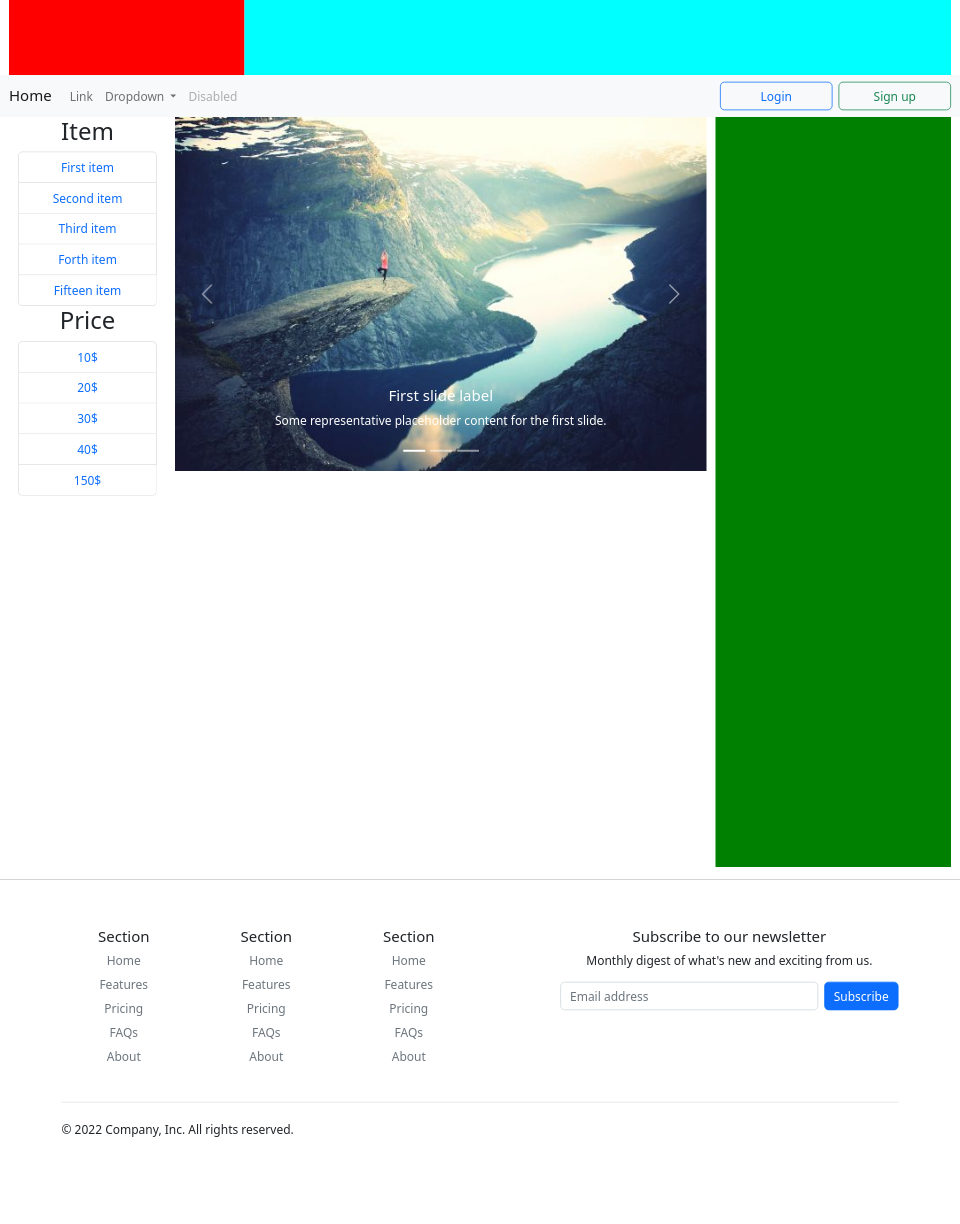
Repository: nguyenhung50497/MD2_bootstrap
Page: BT_giaoDienWeb/index.html
These files come from the project's save history. The page is drawn as it stood at one moment and after a run of saves; the edit follows.
The browser window is 1280 px wide. The pictures show the whole page, at 75% of full size.

Above is the page before, as saved 2022-11-30 15:50:59.

### BT_giaoDienWeb/index.html
<!DOCTYPE html>
<html lang="en">
<head>
    <meta charset="UTF-8">
    <meta http-equiv="X-UA-Compatible" content="IE=edge">
    <meta name="viewport" content="width=device-width, initial-scale=1.0">
    <link href="https://cdn.jsdelivr.net/npm/bootstrap@5.2.3/dist/css/bootstrap.min.css" rel="stylesheet" integrity="sha384-rbsA2VBKQhggwzxH7pPCaAqO46MgnOM80zW1RWuH61DGLwZJEdK2Kadq2F9CUG65" crossorigin="anonymous">
    <script src="https://cdn.jsdelivr.net/npm/bootstrap@5.2.3/dist/js/bootstrap.bundle.min.js" integrity="sha384-kenU1KFdBIe4zVF0s0G1M5b4hcpxyD9F7jL+jjXkk+Q2h455rYXK/7HAuoJl+0I4" crossorigin="anonymous"></script>
    <title>Document</title>
</head>
<style>
    .logo {
        background-color: red;
        height: 100px;
    }
    .anhBia {
        background-color: aqua;
        height: 100px;
    }
    .right {
        background-color: green;
        height: 1000px;
    }
    a {
        text-decoration: none;
    }
    .contentImg {
        padding: 10px;
        margin-left: -55px;
    }
    .contentImg > div > a > img {
        margin: 10px 10px;
        height: 195px;
    }
</style>
<body>
<center>
    <div>
    <header class="container-fluid row">
        <div class="col-lg-3 logo">
            <img src="" alt="">
        </div>
        <div class="col-lg-9 anhBia">
            <img src="" alt="">
        </div>
    </header>
    <nav class="navbar navbar-expand-lg bg-light">
        <div class="container-fluid">
          <a class="navbar-brand" href="#">Home</a>
          <button class="navbar-toggler" type="button" data-bs-toggle="collapse" data-bs-target="#navbarSupportedContent" aria-controls="navbarSupportedContent" aria-expanded="false" aria-label="Toggle navigation">
            <span class="navbar-toggler-icon"></span>
          </button>
          <div class="collapse navbar-collapse" id="navbarSupportedContent">
            <ul class="navbar-nav me-auto mb-2 mb-lg-0">
              <li class="nav-item">
                <a class="nav-link" href="#">Link</a>
              </li>
              <li class="nav-item dropdown">
                <a class="nav-link dropdown-toggle" href="#" role="button" data-bs-toggle="dropdown" aria-expanded="false">
                  Dropdown
                </a>
                <ul class="dropdown-menu">
                  <li><a class="dropdown-item" href="#">Action</a></li>
                  <li><a class="dropdown-item" href="#">Another action</a></li>
                  <li><hr class="dropdown-divider"></li>
                  <li><a class="dropdown-item" href="#">Something else here</a></li>
                </ul>
              </li>
              <li class="nav-item">
                <a class="nav-link disabled">Disabled</a>
              </li>
            </ul>
            <form class="d-flex" role="search">
              <button class="form-control me-2 btn btn-outline-primary" style="width: 150px;">Login</button>
              <button class="btn btn-outline-success" type="submit" style="width: 150px;">Sign up</button>
            </form>
          </div>
        </div>
      </nav>
    <div class="container-fluid row">
        <aside class="col-lg-2 left">
            <h2>Item</h2>
            <ul class="list-group">
                <li class="list-group-item"><a href="">First item</a></li>
                <li class="list-group-item"><a href="">Second item</a></li>
                <li class="list-group-item"><a href="">Third item</a></li>
                <li class="list-group-item"><a href="">Forth item</a></li>
                <li class="list-group-item"><a href="">Fifteen item</a></li>
            </ul>
            <h2>Price</h2>
            <ul class="list-group">
                <li class="list-group-item"><a href="">10$</a></li>
                <li class="list-group-item"><a href="">20$</a></li>
                <li class="list-group-item"><a href="">30$</a></li>
                <li class="list-group-item"><a href="">40$</a></li>
                <li class="list-group-item"><a href="">150$</a></li>
            </ul>
        </aside>
        <section class="col-lg-7 content">
            <div class="row">
            <div id="carouselExampleCaptions" class="carousel slide col-lg-12" data-bs-ride="false">
                <div class="carousel-indicators">
                  <button type="button" data-bs-target="#carouselExampleCaptions" data-bs-slide-to="0" class="active" aria-current="true" aria-label="Slide 1"></button>
                  <button type="button" data-bs-target="#carouselExampleCaptions" data-bs-slide-to="1" aria-label="Slide 2"></button>
                  <button type="button" data-bs-target="#carouselExampleCaptions" data-bs-slide-to="2" aria-label="Slide 3"></button>
                </div>
                <div class="carousel-inner">
                  <div class="carousel-item active">
                    <img src="anh1.jpg" class="d-block w-100" alt="Anh 1">
                    <div class="carousel-caption d-none d-md-block">
                      <h5>First slide label</h5>
                      <p>Some representative placeholder content for the first slide.</p>
                    </div>
                  </div>
                  <div class="carousel-item">
                    <img src="anh2.jpg" class="d-block w-100" alt="Anh 2">
                    <div class="carousel-caption d-none d-md-block">
                      <h5>Second slide label</h5>
                      <p>Some representative placeholder content for the second slide.</p>
                    </div>
                  </div>
                  <div class="carousel-item">
                    <img src="anh3.jpg" class="d-block w-100" alt="Anh 3">
                    <div class="carousel-caption d-none d-md-block">
                      <h5>Third slide label</h5>
                      <p>Some representative placeholder content for the third slide.</p>
                    </div>
                  </div>
                </div>
                <button class="carousel-control-prev" type="button" data-bs-target="#carouselExampleCaptions" data-bs-slide="prev">
                  <span class="carousel-control-prev-icon" aria-hidden="true"></span>
                  <span class="visually-hidden">Previous</span>
                </button>
                <button class="carousel-control-next" type="button" data-bs-target="#carouselExampleCaptions" data-bs-slide="next">
                  <span class="carousel-control-next-icon" aria-hidden="true"></span>
                  <span class="visually-hidden">Next</span>
                </button>
            </div>

            </div>
        </section>
        <aside class="col-lg-3 right"></aside>
    </div>
    <hr>
    <div class="container">
        <footer class="py-5">
          <div class="row">
            <div class="col-6 col-md-2 mb-3">
              <h5>Section</h5>
              <ul class="nav flex-column">
                <li class="nav-item mb-2"><a href="#" class="nav-link p-0 text-muted">Home</a></li>
                <li class="nav-item mb-2"><a href="#" class="nav-link p-0 text-muted">Features</a></li>
                <li class="nav-item mb-2"><a href="#" class="nav-link p-0 text-muted">Pricing</a></li>
                <li class="nav-item mb-2"><a href="#" class="nav-link p-0 text-muted">FAQs</a></li>
                <li class="nav-item mb-2"><a href="#" class="nav-link p-0 text-muted">About</a></li>
              </ul>
            </div>

            <div class="col-6 col-md-2 mb-3">
              <h5>Section</h5>
              <ul class="nav flex-column">
                <li class="nav-item mb-2"><a href="#" class="nav-link p-0 text-muted">Home</a></li>
                <li class="nav-item mb-2"><a href="#" class="nav-link p-0 text-muted">Features</a></li>
                <li class="nav-item mb-2"><a href="#" class="nav-link p-0 text-muted">Pricing</a></li>
                <li class="nav-item mb-2"><a href="#" class="nav-link p-0 text-muted">FAQs</a></li>
                <li class="nav-item mb-2"><a href="#" class="nav-link p-0 text-muted">About</a></li>
              </ul>
            </div>

            <div class="col-6 col-md-2 mb-3">
              <h5>Section</h5>
              <ul class="nav flex-column">
                <li class="nav-item mb-2"><a href="#" class="nav-link p-0 text-muted">Home</a></li>
                <li class="nav-item mb-2"><a href="#" class="nav-link p-0 text-muted">Features</a></li>
                <li class="nav-item mb-2"><a href="#" class="nav-link p-0 text-muted">Pricing</a></li>
                <li class="nav-item mb-2"><a href="#" class="nav-link p-0 text-muted">FAQs</a></li>
                <li class="nav-item mb-2"><a href="#" class="nav-link p-0 text-muted">About</a></li>
              </ul>
            </div>

            <div class="col-md-5 offset-md-1 mb-3">
              <form>
                <h5>Subscribe to our newsletter</h5>
                <p>Monthly digest of what's new and exciting from us.</p>
                <div class="d-flex flex-column flex-sm-row w-100 gap-2">
                  <label for="newsletter1" class="visually-hidden">Email address</label>
                  <input id="newsletter1" type="text" class="form-control" placeholder="Email address">
                  <button class="btn btn-primary" type="button">Subscribe</button>
                </div>
              </form>
            </div>
          </div>

          <div class="d-flex flex-column flex-sm-row justify-content-between py-4 my-4 border-top">
            <p>&copy; 2022 Company, Inc. All rights reserved.</p>
            <ul class="list-unstyled d-flex">
              <li class="ms-3"><a class="link-dark" href="#"><svg class="bi" width="24" height="24"><use xlink:href="#twitter"/></svg></a></li>
              <li class="ms-3"><a class="link-dark" href="#"><svg class="bi" width="24" height="24"><use xlink:href="#instagram"/></svg></a></li>
              <li class="ms-3"><a class="link-dark" href="#"><svg class="bi" width="24" height="24"><use xlink:href="#facebook"/></svg></a></li>
            </ul>
          </div>
        </footer>
      </div>
    </div>
</center>
</body>
</html>

After the next 6 saves:
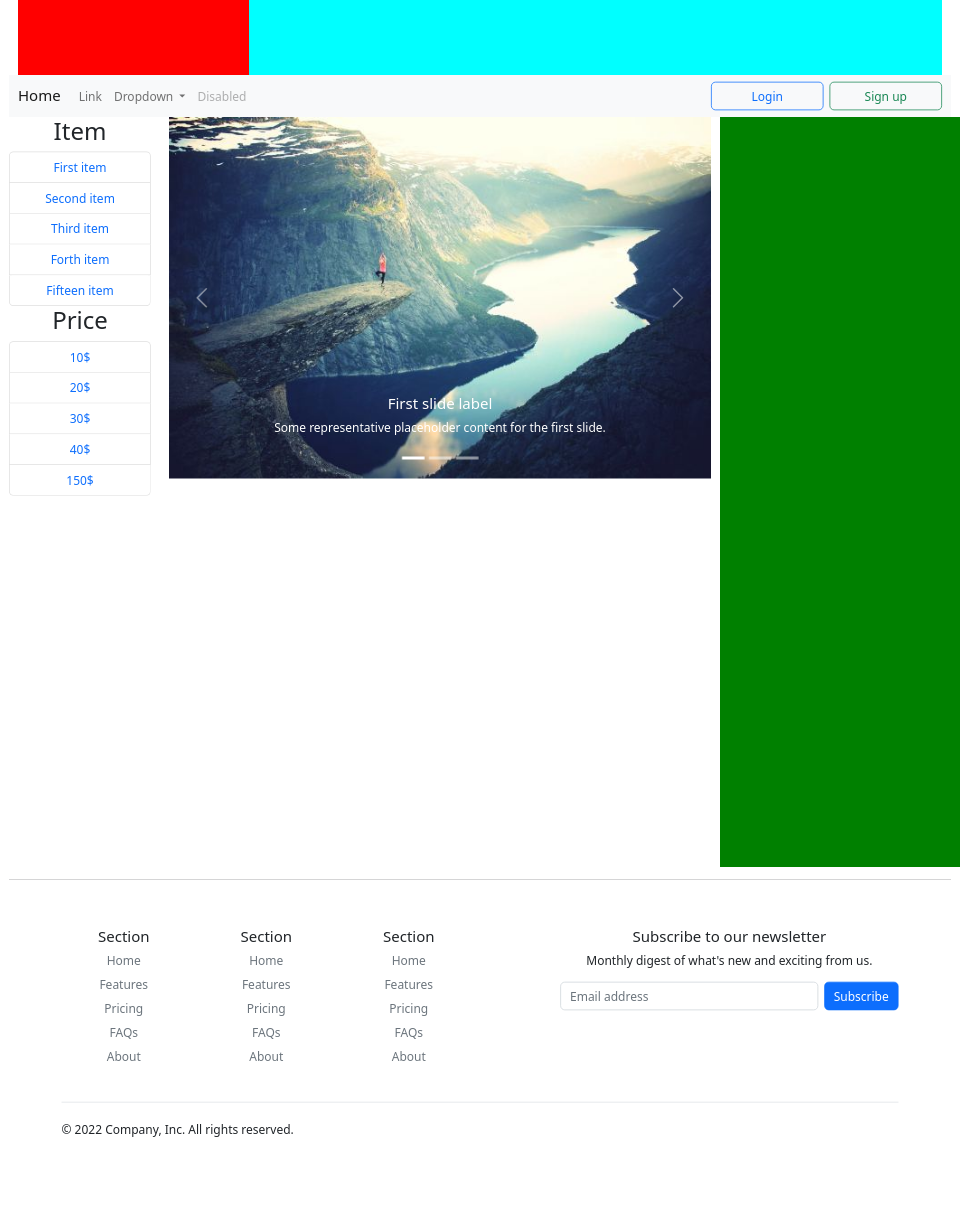
The 6 saves are shown as one change because they came seconds apart.
The last was saved 36 s later.
--- a/BT_giaoDienWeb/index.html
+++ b/BT_giaoDienWeb/index.html
@@ -35,7 +35,7 @@
 </style>
 <body>
 <center>
-    <div>
+    <div class="container-fluid">
     <header class="container-fluid row">
         <div class="col-lg-3 logo">
             <img src="" alt="">
@@ -77,7 +77,7 @@
           </div>
         </div>
       </nav>
-    <div class="container-fluid row">
+    <div class="row">
         <aside class="col-lg-2 left">
             <h2>Item</h2>
             <ul class="list-group">
